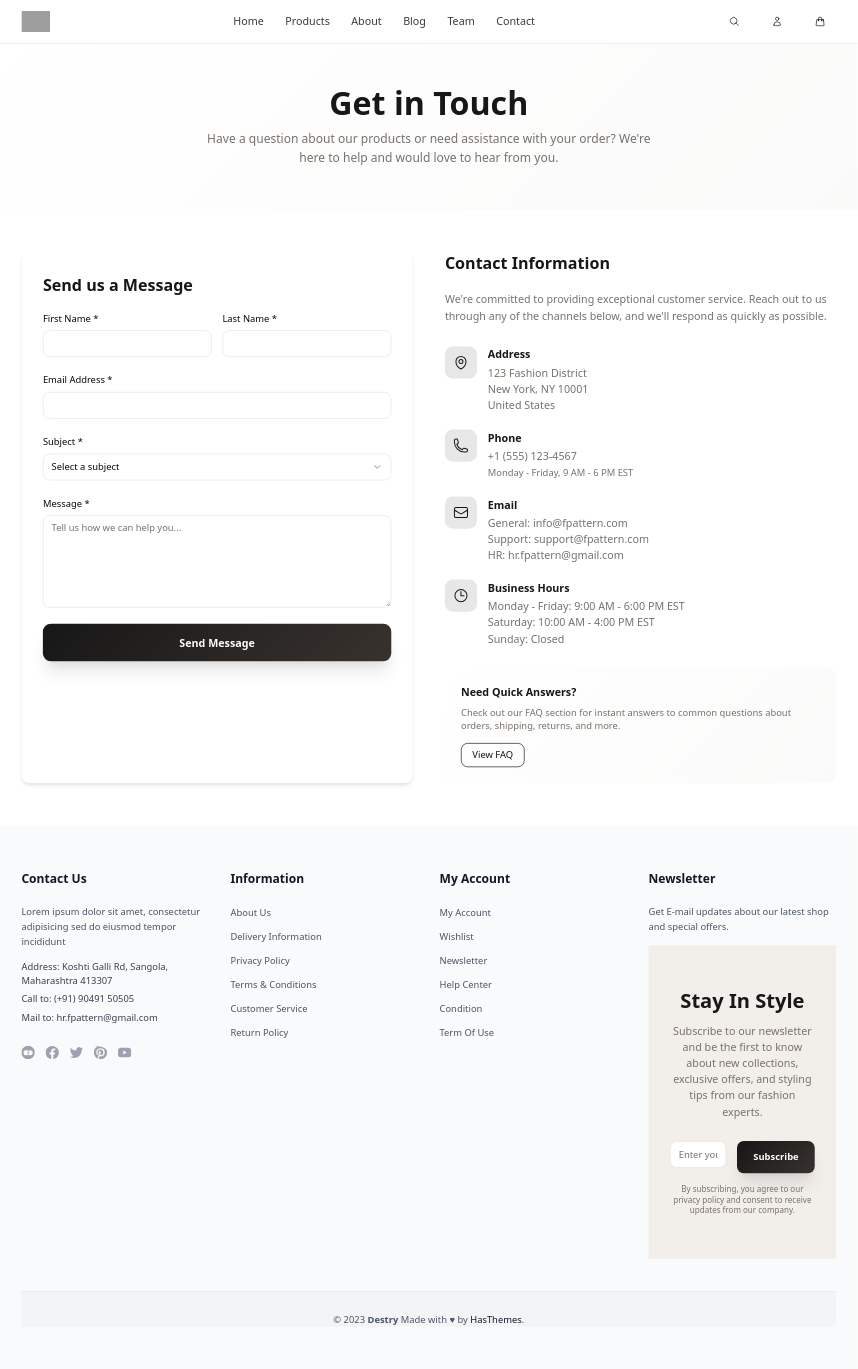
Repository: Fpattern-25/Ecommerce-Cloth-website
Page: /contact
The author's editor kept a copy of each file at every save. The page is drawn from the files as they stood at one save, then again after the next save.
The browser window is 1280 px wide. The pictures show the whole page, at 67% of full size.
Pictures or frames that could not be fetched are drawn as grey boxes. The project was rebuilt for these pictures with package versions that can differ from the ones it lists, and the page was loaded fresh each time. Also part of the build but not shown: vite.config.ts, src/components/ui/tooltip.tsx, src/components/ui/badge.tsx, src/components/ProductCard.tsx, src/components/ProductGrid.tsx, src/data/products.ts, src/pages/Home.tsx, src/pages/Products.tsx and 27 more.

Above is the page before, as saved 2025-08-06 10:50:36.

### index.html
<!DOCTYPE html>
<html lang="en">
  <head>
    <meta charset="UTF-8" />
    <meta name="viewport" content="width=device-width, initial-scale=1.0" />
    <title>kamblecollection</title>
    <meta name="description" content="Lovable Generated Project" />
    <meta name="author" content="Lovable" />

    <meta property="og:title" content="kamblecollection" />
    <meta property="og:description" content="Lovable Generated Project" />
    <meta property="og:type" content="website" />
    <meta property="og:image" content="/src/assets/favicon.ico" />

    <meta name="twitter:card" content="summary_large_image" />
    <meta name="twitter:site" content="@lovable_dev" />
    <meta name="twitter:image" content="/src/assets/favicon.ico" />
  </head>

  <body>
    <div id="root"></div>
    <script type="module" src="/src/main.tsx"></script>
  </body>
</html>

### src/components/ui/toaster.tsx
import { useToast } from "@/hooks/use-toast"
import {
  Toast,
  ToastClose,
  ToastDescription,
  ToastProvider,
  ToastTitle,
  ToastViewport,
} from "@/components/ui/toast"

export function Toaster() {
  const { toasts } = useToast()

  return (
    <ToastProvider>
      {toasts.map(function ({ id, title, description, action, ...props }) {
        return (
          <Toast key={id} {...props}>
            <div className="grid gap-1">
              {title && <ToastTitle>{title}</ToastTitle>}
              {description && (
                <ToastDescription>{description}</ToastDescription>
              )}
            </div>
            {action}
            <ToastClose />
          </Toast>
        )
      })}
      <ToastViewport />
    </ToastProvider>
  )
}

### src/components/ui/sonner.tsx
import { useTheme } from "next-themes"
import { Toaster as Sonner, toast } from "sonner"

type ToasterProps = React.ComponentProps<typeof Sonner>

const Toaster = ({ ...props }: ToasterProps) => {
  const { theme = "system" } = useTheme()

  return (
    <Sonner
      theme={theme as ToasterProps["theme"]}
      className="toaster group"
      toastOptions={{
        classNames: {
          toast:
            "group toast group-[.toaster]:bg-background group-[.toaster]:text-foreground group-[.toaster]:border-border group-[.toaster]:shadow-lg",
          description: "group-[.toast]:text-muted-foreground",
          actionButton:
            "group-[.toast]:bg-primary group-[.toast]:text-primary-foreground",
          cancelButton:
            "group-[.toast]:bg-muted group-[.toast]:text-muted-foreground",
        },
      }}
      {...props}
    />
  )
}

export { Toaster, toast }

### src/components/layout/Footer.tsx
import { Link } from 'react-router-dom';
import { Newsletter } from '@/components/Newsletter';

const footerSections = [
  {
    title: 'Information',
    links: [
      { name: 'About Us', href: '/about' },
      { name: 'Delivery Information', href: '/shipping' },
      { name: 'Privacy Policy', href: '/privacy' },
      { name: 'Terms & Conditions', href: '/terms' },
      { name: 'Customer Service', href: '/contact' },
      { name: 'Return Policy', href: '/returns' }
    ]
  },
  {
    title: 'My Account',
    links: [
      { name: 'My Account', href: '/profile' },
      { name: 'Wishlist', href: '/profile' },
      { name: 'Newsletter', href: '/profile' },
      { name: 'Help Center', href: '/faq' },
      { name: 'Condition', href: '/terms' },
      { name: 'Term Of Use', href: '/terms' }
    ]
  }
];

export function Footer() {
  return (
    <footer className="bg-gray-50 text-gray-700 w-full">
      <div className="w-full px-4 sm:px-6 lg:px-8 py-16">
        <div className="grid grid-cols-1 md:grid-cols-2 lg:grid-cols-4 gap-8 min-h-[300px]">
          {/* Contact Us Section */}
          <div>
            <h3 className="text-lg font-semibold mb-6 text-gray-900">Contact Us</h3>
            <div className="space-y-4">
              <p className="text-sm text-gray-600 leading-relaxed">
                Lorem ipsum dolor sit amet, consectetur adipisicing sed do eiusmod tempor incididunt
              </p>
              <div className="space-y-2">
                <p className="text-sm">
                  <span className="font-medium">Address:</span> Koshti Galli Rd, Sangola, Maharashtra 413307
                </p>
                <p className="text-sm">
                  <span className="font-medium">Call to:</span> (+91) 90491 50505

                </p>
                <p className="text-sm">
                  <span className="font-medium">Mail to:</span> hr.fpattern@gmail.com
                </p>
              </div>
              <div className="flex space-x-4 pt-4">
                <a
                  href="https://instagram.com/fpattern"
                  target="_blank"
                  rel="noopener noreferrer"
                  className="text-gray-400 hover:text-gray-600 transition-colors duration-200"
                  aria-label="Instagram"
                >
                  <svg className="h-5 w-5" fill="currentColor" viewBox="0 0 24 24">
                    <path d="M12.017 0C5.396 0 .029 5.367.029 11.987c0 6.62 5.367 11.987 11.988 11.987s11.987-5.367 11.987-11.987C24.004 5.367 18.637.001 12.017.001zM8.449 16.988c-1.297 0-2.448-.49-3.321-1.297C4.198 14.553 3.708 13.402 3.708 12.105s.49-2.448 1.42-3.321C6.001 7.912 7.152 7.422 8.449 7.422s2.448.49 3.321 1.362c.872.872 1.362 2.023 1.362 3.321s-.49 2.448-1.362 3.321c-.873.807-2.024 1.297-3.321 1.297zm7.138 0c-1.297 0-2.448-.49-3.321-1.297-.872-.873-1.362-2.024-1.362-3.321s.49-2.448 1.362-3.321c.873-.872 2.024-1.362 3.321-1.362s2.448.49 3.321 1.362c.872.873 1.362 2.024 1.362 3.321s-.49 2.448-1.362 3.321c-.873.807-2.024 1.297-3.321 1.297z"/>
                  </svg>
                </a>
                <a
                  href="https://facebook.com/fpattern"
                  target="_blank"
                  rel="noopener noreferrer"
                  className="text-gray-400 hover:text-gray-600 transition-colors duration-200"
                  aria-label="Facebook"
                >
                  <svg className="h-5 w-5" fill="currentColor" viewBox="0 0 24 24">
                    <path d="M24 12.073c0-6.627-5.373-12-12-12s-12 5.373-12 12c0 5.99 4.388 10.954 10.125 11.854v-8.385H7.078v-3.47h3.047V9.43c0-3.007 1.792-4.669 4.533-4.669 1.312 0 2.686.235 2.686.235v2.953H15.83c-1.491 0-1.956.925-1.956 1.874v2.25h3.328l-.532 3.47h-2.796v8.385C19.612 23.027 24 18.062 24 12.073z"/>
                  </svg>
                </a>
                <a
                  href="https://twitter.com/fpattern"
                  target="_blank"
                  rel="noopener noreferrer"
                  className="text-gray-400 hover:text-gray-600 transition-colors duration-200"
                  aria-label="Twitter"
                >
                  <svg className="h-5 w-5" fill="currentColor" viewBox="0 0 24 24">
                    <path d="M23.953 4.57a10 10 0 01-2.825.775 4.958 4.958 0 002.163-2.723c-.951.555-2.005.959-3.127 1.184a4.92 4.92 0 00-8.384 4.482C7.69 8.095 4.067 6.13 1.64 3.162a4.822 4.822 0 00-.666 2.475c0 1.71.87 3.213 2.188 4.096a4.904 4.904 0 01-2.228-.616v.06a4.923 4.923 0 003.946 4.827 4.996 4.996 0 01-2.212.085 4.936 4.936 0 004.604 3.417 9.867 9.867 0 01-6.102 2.105c-.39 0-.779-.023-1.17-.067a13.995 13.995 0 007.557 2.209c9.053 0 13.998-7.496 13.998-13.985 0-.21 0-.42-.015-.63A9.935 9.935 0 0024 4.59z"/>
                  </svg>
                </a>
                <a
                  href="https://pinterest.com/fpattern"
                  target="_blank"
                  rel="noopener noreferrer"
                  className="text-gray-400 hover:text-gray-600 transition-colors duration-200"
                  aria-label="Pinterest"
                >
                  <svg className="h-5 w-5" fill="currentColor" viewBox="0 0 24 24">
                    <path d="M12.017 0C5.396 0 .029 5.367.029 11.987c0 5.079 3.158 9.417 7.618 11.174-.105-.949-.199-2.403.041-3.439.219-.937 1.406-5.957 1.406-5.957s-.359-.72-.359-1.781c0-1.663.967-2.911 2.168-2.911 1.024 0 1.518.769 1.518 1.688 0 1.029-.653 2.567-.992 3.992-.285 1.193.6 2.165 1.775 2.165 2.128 0 3.768-2.245 3.768-5.487 0-2.861-2.063-4.869-5.008-4.869-3.41 0-5.409 2.562-5.409 5.199 0 1.033.394 2.143.889 2.741.098.119.112.224.085.345-.09.375-.293 1.199-.334 1.363-.053.225-.172.271-.402.165-1.495-.69-2.433-2.878-2.433-4.646 0-3.776 2.748-7.252 7.92-7.252 4.158 0 7.392 2.967 7.392 6.923 0 4.135-2.607 7.462-6.233 7.462-1.214 0-2.357-.629-2.75-1.378l-.748 2.853c-.271 1.043-1.002 2.35-1.492 3.146C9.57 23.812 10.763 24.009 12.017 24.009c6.624 0 11.99-5.367 11.99-11.988C24.007 5.367 18.641.001.012.017.001z"/>
                  </svg>
                </a>
                <a
                  href="https://youtube.com/fpattern"
                  target="_blank"
                  rel="noopener noreferrer"
                  className="text-gray-400 hover:text-gray-600 transition-colors duration-200"
                  aria-label="YouTube"
                >
                  <svg className="h-5 w-5" fill="currentColor" viewBox="0 0 24 24">
                    <path d="M23.498 6.186a3.016 3.016 0 0 0-2.122-2.136C19.505 3.545 12 3.545 12 3.545s-7.505 0-9.377.505A3.017 3.017 0 0 0 .502 6.186C0 8.07 0 12 0 12s0 3.93.502 5.814a3.016 3.016 0 0 0 2.122 2.136c1.871.505 9.376.505 9.376.505s7.505 0 9.377-.505a3.015 3.015 0 0 0 2.122-2.136C24 15.93 24 12 24 12s0-3.93-.502-5.814zM9.545 15.568V8.432L15.818 12l-6.273 3.568z"/>
                  </svg>
                </a>
              </div>
            </div>
          </div>

          {/* Information Section */}
          <div>
            <h3 className="text-lg font-semibold mb-6 text-gray-900">Information</h3>
            <ul className="space-y-3">
              {footerSections[0].links.map((link) => (
                <li key={link.name}>
                  <Link
                    to={link.href}
                    className="text-gray-600 hover:text-gray-900 transition-colors duration-200 text-sm"
                  >
                    {link.name}
                  </Link>
                </li>
              ))}
            </ul>
          </div>

          {/* My Account Section */}
          <div>
            <h3 className="text-lg font-semibold mb-6 text-gray-900">My Account</h3>
            <ul className="space-y-3">
              {footerSections[1].links.map((link) => (
                <li key={link.name}>
                  <Link
                    to={link.href}
                    className="text-gray-600 hover:text-gray-900 transition-colors duration-200 text-sm"
                  >
                    {link.name}
                  </Link>
                </li>
              ))}
            </ul>
          </div>

          {/* Newsletter Section */}
          <div className="h-full flex flex-col">
            <h3 className="text-lg font-semibold mb-6 text-gray-900">Newsletter</h3>
            <div className="space-y-4 flex-1 flex flex-col justify-between">
              <p className="text-sm text-gray-600 leading-relaxed">
                Get E-mail updates about our latest shop and special offers.
              </p>
              <div className="mt-auto">
                <Newsletter />
              </div>
            </div>
          </div>
        </div>

        {/* Bottom Section */}
        <div className="border-t border-gray-200 mt-12 pt-8 bg-gray-100">
          <div className="text-center">
            <p className="text-gray-600 text-sm">
              © 2023 <span className="font-semibold">Destry</span> Made with ♥ by{" "}
              <a
                href="https://hasthemes.com"
                target="_blank"
                rel="noopener noreferrer"
                className="text-gray-900 hover:text-gray-700 transition-colors duration-200"
              >
                HasThemes
              </a>
              .
            </p>
          </div>
        </div>
      </div>
    </footer>
  );
}

### src/components/ScrollToTop.tsx
import { useState, useEffect } from 'react';
import { motion, AnimatePresence } from 'framer-motion';
import { ArrowUpIcon } from '@heroicons/react/24/outline';
import { Button } from '@/components/ui/button';

export function ScrollToTop() {
  const [isVisible, setIsVisible] = useState(false);

  useEffect(() => {
    const toggleVisibility = () => {
      if (window.pageYOffset > 300) {
        setIsVisible(true);
      } else {
        setIsVisible(false);
      }
    };

    window.addEventListener('scroll', toggleVisibility);
    return () => window.removeEventListener('scroll', toggleVisibility);
  }, []);

  const scrollToTop = () => {
    window.scrollTo({
      top: 0,
      behavior: 'smooth'
    });
  };

  return (
    <AnimatePresence>
      {isVisible && (
        <motion.div
          initial={{ opacity: 0, scale: 0.8 }}
          animate={{ opacity: 1, scale: 1 }}
          exit={{ opacity: 0, scale: 0.8 }}
          className="fixed bottom-6 right-6 z-50"
        >
          <Button
            onClick={scrollToTop}
            size="icon"
            variant="hero"
            className="rounded-full shadow-elegant"
            aria-label="Scroll to top"
          >
            <ArrowUpIcon className="h-5 w-5" />
          </Button>
        </motion.div>
      )}
    </AnimatePresence>
  );
}

### src/components/ui/button.tsx
import * as React from "react"
import { Slot } from "@radix-ui/react-slot"
import { cva, type VariantProps } from "class-variance-authority"

import { cn } from "@/lib/utils"

const buttonVariants = cva(
  "inline-flex items-center justify-center gap-2 whitespace-nowrap rounded-md text-sm font-medium ring-offset-background transition-all duration-300 focus-visible:outline-none focus-visible:ring-2 focus-visible:ring-ring focus-visible:ring-offset-2 disabled:pointer-events-none disabled:opacity-50 [&_svg]:pointer-events-none [&_svg]:size-4 [&_svg]:shrink-0",
  {
    variants: {
      variant: {
        default: "bg-brand-primary text-white hover:bg-brand-primary/90 shadow-elegant hover:shadow-soft",
        destructive:
          "bg-destructive text-destructive-foreground hover:bg-destructive/90",
        outline:
          "border border-brand-primary bg-transparent text-brand-primary hover:bg-brand-primary hover:text-white",
        secondary:
          "bg-brand-secondary text-brand-primary hover:bg-brand-secondary/80",
        ghost: "hover:bg-accent hover:text-accent-foreground",
        link: "text-brand-primary underline-offset-4 hover:underline",
        hero: "bg-gradient-hero text-white hover:scale-105 shadow-elegant hover:shadow-soft font-semibold",
        accent: "bg-brand-accent text-white hover:bg-brand-accent/90 shadow-soft hover:shadow-elegant",
      },
      size: {
        default: "h-12 px-6 py-3",
        sm: "h-9 rounded-md px-4",
        lg: "h-14 rounded-lg px-8 text-base",
        icon: "h-12 w-12",
        hero: "h-16 px-12 py-4 text-lg rounded-lg",
      },
    },
    defaultVariants: {
      variant: "default",
      size: "default",
    },
  }
)

export interface ButtonProps
  extends React.ButtonHTMLAttributes<HTMLButtonElement>,
    VariantProps<typeof buttonVariants> {
  asChild?: boolean
}

const Button = React.forwardRef<HTMLButtonElement, ButtonProps>(
  ({ className, variant, size, asChild = false, ...props }, ref) => {
    const Comp = asChild ? Slot : "button"
    return (
      <Comp
        className={cn(buttonVariants({ variant, size, className }))}
        ref={ref}
        {...props}
      />
    )
  }
)
Button.displayName = "Button"

export { Button, buttonVariants }

### src/components/Newsletter.tsx
import { useState } from 'react';
import { motion } from 'framer-motion';
import { Button } from '@/components/ui/button';
import { Input } from '@/components/ui/input';
import { toast } from '@/hooks/use-toast';

export function Newsletter() {
  const [email, setEmail] = useState('');
  const [isLoading, setIsLoading] = useState(false);

  const handleSubmit = async (e: React.FormEvent) => {
    e.preventDefault();

    if (!email) {
      toast({
        title: "Error",
        description: "Please enter your email address.",
        variant: "destructive"
      });
      return;
    }

    setIsLoading(true);

    try {
      // Using Formspree for newsletter subscription
      const response = await fetch('https://formspree.io/f/your-form-id', {
        method: 'POST',
        headers: {
          'Content-Type': 'application/json',
        },
        body: JSON.stringify({
          email: email,
          _subject: 'Newsletter Subscription',
        }),
      });

      if (response.ok) {
        toast({
          title: "Success!",
          description: "Thank you for subscribing to our newsletter!"
        });
        setEmail('');
      } else {
        throw new Error('Subscription failed');
      }
    } catch (error) {
      // For demo purposes, we'll show success anyway
      toast({
        title: "Success!",
        description: "Thank you for subscribing to our newsletter!"
      });
      setEmail('');
    } finally {
      setIsLoading(false);
    }
  };

  return (
    <section className="bg-brand-secondary/20 py-16">
      <div className="container mx-auto px-4 sm:px-6 lg:px-8">
        <motion.div
          initial={{ opacity: 0, y: 20 }}
          whileInView={{ opacity: 1, y: 0 }}
          viewport={{ once: true }}
          transition={{ duration: 0.6 }}
          className="max-w-2xl mx-auto text-center"
        >
          <h2 className="text-3xl font-bold text-brand-primary mb-4">
            Stay In Style
          </h2>
          <p className="text-muted-foreground mb-8">
            Subscribe to our newsletter and be the first to know about new collections,
            exclusive offers, and styling tips from our fashion experts.
          </p>

          <form onSubmit={handleSubmit} className="flex flex-col sm:flex-row gap-4 max-w-md mx-auto">
            <Input
              type="email"
              placeholder="Enter your email"
              value={email}
              onChange={(e) => setEmail(e.target.value)}
              className="flex-1"
              required
            />
            <Button
              type="submit"
              variant="hero"
              disabled={isLoading}
              className="sm:w-auto"
            >
              {isLoading ? 'Subscribing...' : 'Subscribe'}
            </Button>
          </form>

          <p className="text-xs text-muted-foreground mt-4">
            By subscribing, you agree to our privacy policy and consent to receive updates from our company.
          </p>
        </motion.div>
      </div>
    </section>
  );
}

### src/components/SEO.tsx
import { Helmet } from 'react-helmet-async';
import { SEOProps } from '@/types';

interface SEOComponentProps extends SEOProps {
  children?: React.ReactNode;
}

export function SEO({
  title,
  description,
  keywords,
  image,
  url,
  children
}: SEOComponentProps) {
  const siteTitle = "FPattern - Luxury Fashion Brand";
  const fullTitle = title ? `${title} | ${siteTitle}` : siteTitle;
  const siteUrl = url || window.location.href;
  const ogImage = image || "../src/assets/favicon.ico";

  return (
    <Helmet>
      <title>{fullTitle}</title>
      <meta name="description" content={description} />
      {keywords && <meta name="keywords" content={keywords} />}

      {/* Open Graph */}
      <meta property="og:title" content={fullTitle} />
      <meta property="og:description" content={description} />
      <meta property="og:image" content={ogImage} />
      <meta property="og:url" content={siteUrl} />
      <meta property="og:type" content="website" />

      {/* Twitter */}
      <meta name="twitter:card" content="summary_large_image" />
      <meta name="twitter:title" content={fullTitle} />
      <meta name="twitter:description" content={description} />
      <meta name="twitter:image" content={ogImage} />

      {/* Schema.org for Google */}
      <script type="application/ld+json">
        {JSON.stringify({
          "@context": "https://schema.org",
          "@type": "ClothingStore",
          "name": "FPattern",
          "description": description,
          "url": siteUrl,
          "logo": ogImage,
          "sameAs": [
            "https://www.instagram.com/fpattern",
            "https://www.facebook.com/fpattern",
            "https://www.twitter.com/fpattern"
          ]
        })}
      </script>

      {children}
    </Helmet>
  );
}

### src/components/ui/input.tsx
import * as React from "react"

import { cn } from "@/lib/utils"

const Input = React.forwardRef<HTMLInputElement, React.ComponentProps<"input">>(
  ({ className, type, ...props }, ref) => {
    return (
      <input
        type={type}
        className={cn(
          "flex h-10 w-full rounded-md border border-input bg-background px-3 py-2 text-base ring-offset-background file:border-0 file:bg-transparent file:text-sm file:font-medium file:text-foreground placeholder:text-muted-foreground focus-visible:outline-none focus-visible:ring-2 focus-visible:ring-ring focus-visible:ring-offset-2 disabled:cursor-not-allowed disabled:opacity-50 md:text-sm",
          className
        )}
        ref={ref}
        {...props}
      />
    )
  }
)
Input.displayName = "Input"

export { Input }

### src/components/ui/textarea.tsx
import * as React from "react"

import { cn } from "@/lib/utils"

export interface TextareaProps
  extends React.TextareaHTMLAttributes<HTMLTextAreaElement> {}

const Textarea = React.forwardRef<HTMLTextAreaElement, TextareaProps>(
  ({ className, ...props }, ref) => {
    return (
      <textarea
        className={cn(
          "flex min-h-[80px] w-full rounded-md border border-input bg-background px-3 py-2 text-sm ring-offset-background placeholder:text-muted-foreground focus-visible:outline-none focus-visible:ring-2 focus-visible:ring-ring focus-visible:ring-offset-2 disabled:cursor-not-allowed disabled:opacity-50",
          className
        )}
        ref={ref}
        {...props}
      />
    )
  }
)
Textarea.displayName = "Textarea"

export { Textarea }

Loaded but not shown: src/main.tsx (common file); src/index.css (common file); src/hooks/use-toast.ts (common file); src/lib/utils.ts (common file); tailwind.config.ts (common file); src/pages/Contact.tsx (299 lines, source omitted); src/components/ui/select.tsx (158 lines, source omitted); src/contexts/CartContext.tsx (189 lines, source omitted); src/components/ui/toast.tsx (127 lines, source omitted); src/components/layout/Header.tsx (111 lines, source omitted); src/App.tsx (84 lines, source omitted)

After the next save:
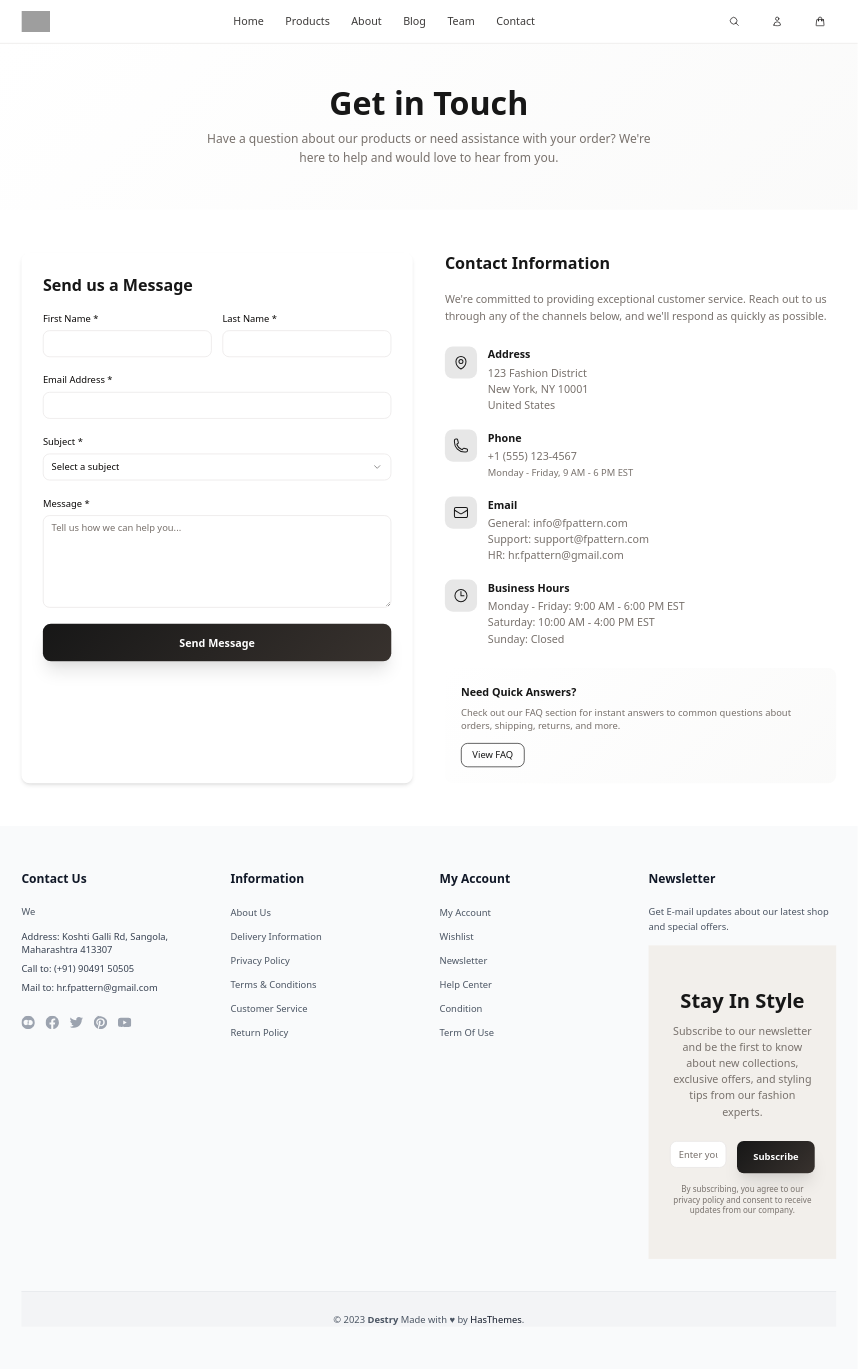
Saved 25 s later.
--- a/src/components/layout/Footer.tsx
+++ b/src/components/layout/Footer.tsx
@@ -36,7 +36,7 @@ export function Footer() {
             <h3 className="text-lg font-semibold mb-6 text-gray-900">Contact Us</h3>
             <div className="space-y-4">
               <p className="text-sm text-gray-600 leading-relaxed">
-                Lorem ipsum dolor sit amet, consectetur adipisicing sed do eiusmod tempor incididunt
+                We
               </p>
               <div className="space-y-2">
                 <p className="text-sm">
